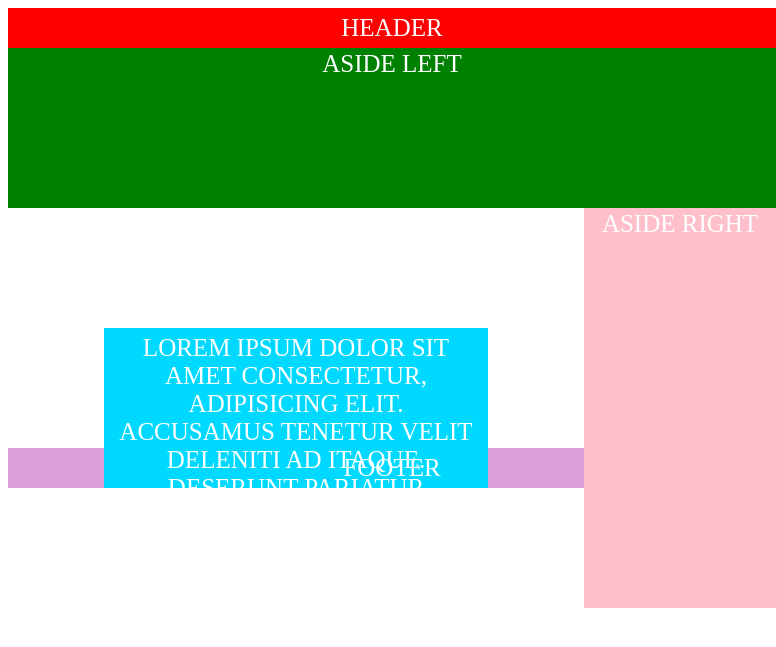
Repository: magdaf41/CSS
Page: zadanie_7/index.html
These files come from the project's save history. The page is drawn as it stood at one moment and after the next save; the edit follows.
The browser window is 768 px wide. The page is 776 px wide, so the pictures cover 776 px, including what lies to the right of the window. The pictures show the whole page.

Above is the page before, as saved 2020-08-24 21:04:16.

### zadanie_7/index.html
<!DOCTYPE html>
<html lang="en">

<head>
    <meta charset="UTF-8">
    <meta name="viewport" content="width=device-width, initial-scale=1.0">
    <title>Document</title>
    <link rel="stylesheet" href="css/style.css">
</head>

<body>
    <h1>Header</h1>
    <main id="container">
        <aside id="left">Aside left</aside>
        <p>Lorem ipsum dolor sit amet consectetur, adipisicing elit. Accusamus tenetur velit deleniti ad itaque. Deserunt
            pariatur expedita tempora non, earum quis commodi impedit fugit, numquam dolor atque? Laboriosam, sed atque?</p>
        <aside id="right">Aside right</aside>
    </main>

    <footer>Footer</footer>
</body>

</html>

### zadanie_7/css/style.css
*{
    box-sizing: border-box;
    text-transform: uppercase;
    color: white;
    width: 100%;
    height: 400px;
    font-size: 25px;
    text-align: center;


}
#container {
    display: flex;
    align-content: flex-start;
}

h1{
    background-color: red;
    height: 10%;
    margin: auto;
    font-weight: normal;
    margin: auto;
    padding: 6px 0;
}
p{
    background-color: rgb(0, 217, 255);
    width: 50%;
    margin: auto;
    padding: 6px;
}
aside{
    width: 25%;
    padding: 2px;
}

#left{
    background-color: green;
    float: left;
}
#right{
    background-color: pink;
    float: right;
}
footer{
    background-color: plum;
    height: 10%;
    padding: 6px 0;
}

@media screen and (max-width: 768px){
    #container{
        flex-wrap: wrap;
    }
    p{
        height: 40%;
}
    #left{
        width: 100%;
        height: 40%;
    }

After the next save:
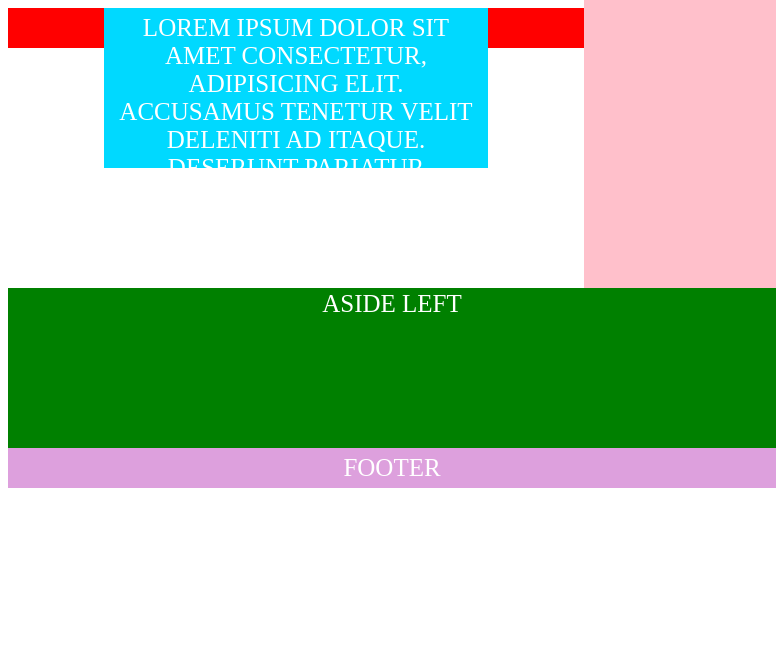
Saved 11 s later.
--- a/zadanie_7/css/style.css
+++ b/zadanie_7/css/style.css
@@ -49,7 +49,7 @@ footer{
 
 @media screen and (max-width: 768px){
     #container{
-        flex-wrap: wrap;
+        flex-wrap: wrap-reverse;
     }
     p{
         height: 40%;
